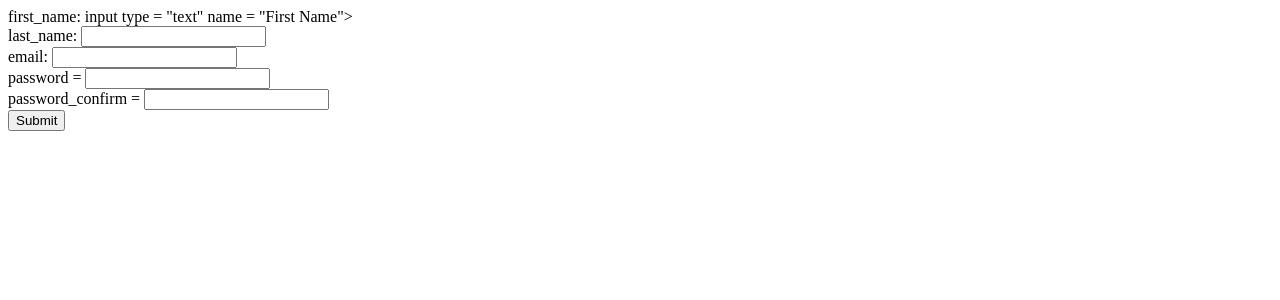
Repository: Map2g/GroupMeet
Page: insert.html
The author's editor kept a record of every edit. The page is drawn from the files as they stood at one moment, then again after the next edit.
The browser window is 1280 px wide. The pictures show the whole page.

Above is the page before.

After the next edit:
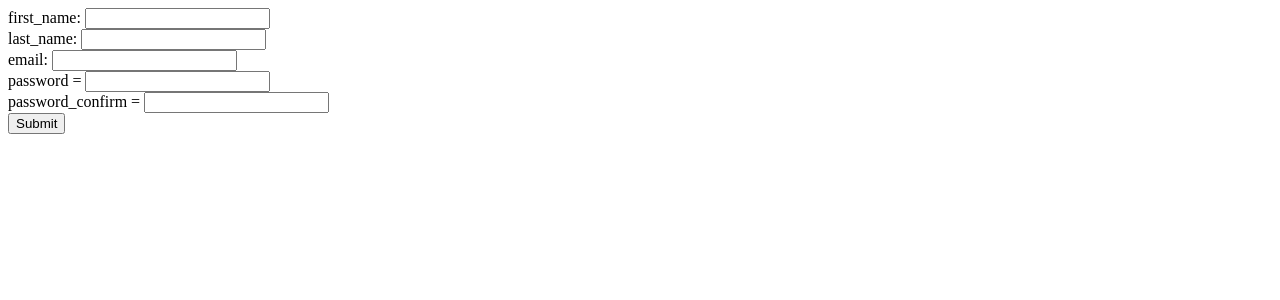
The edit:
--- a/insert.html
+++ b/insert.html
@@ -5,7 +5,7 @@
     </head>
     <body>
 <form action = "register.php" method = "post">
-    first_name: input type = "text" name = "First Name">
+    first_name: <input type = "text" name = "First Name">
     <br/>
     last_name: <input type = "text" name = "Last Name">
     <br/>
